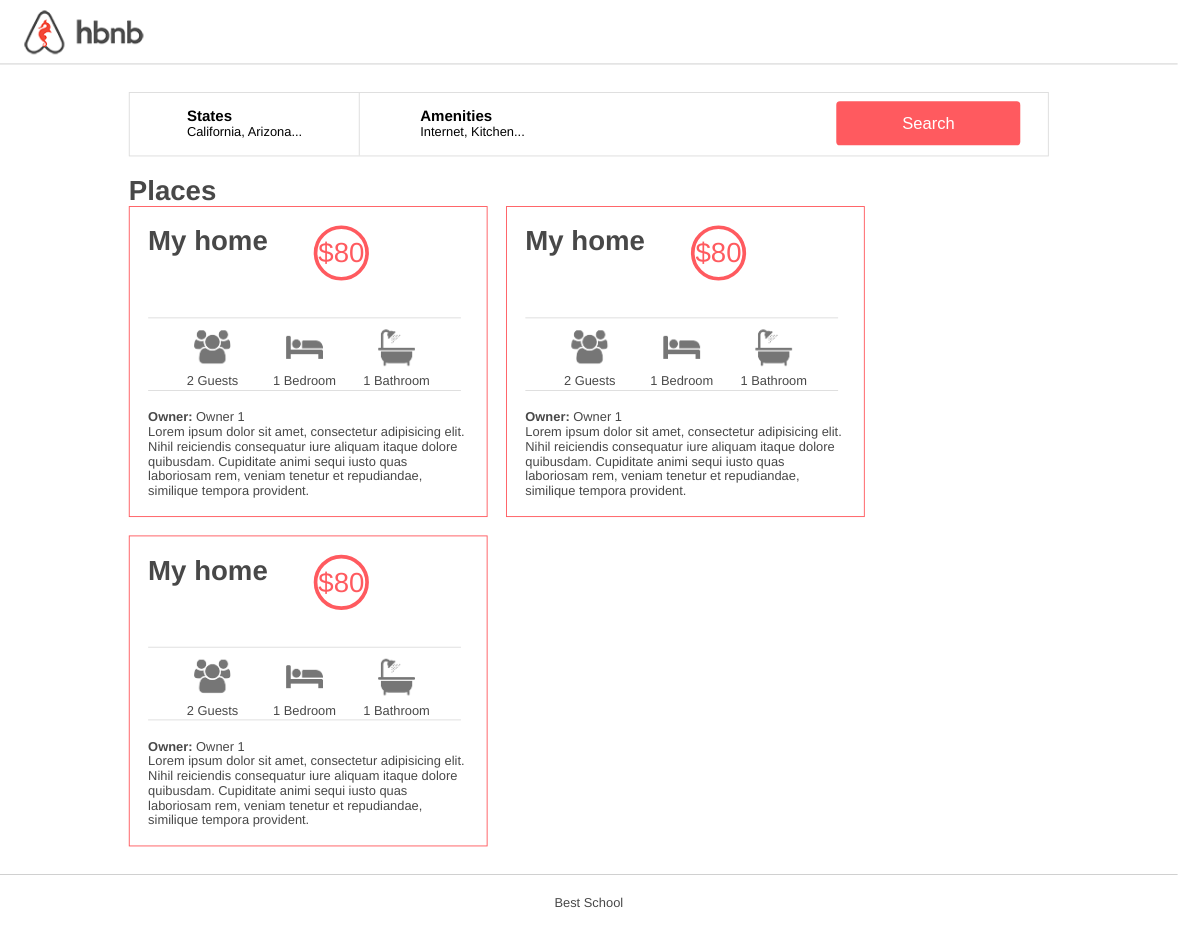
Repository: Eng-0marleves/AirBnB_clone
Page: web_static/8-index.html
An editor plug-in stored every save of this project. The page is shown before and after the next save, followed by the edit.
The browser window is 1280 px wide. The pictures show the whole page, at 92% of full size.

Above is the page before, as saved 2023-12-18 07:28:54.

After the next save:
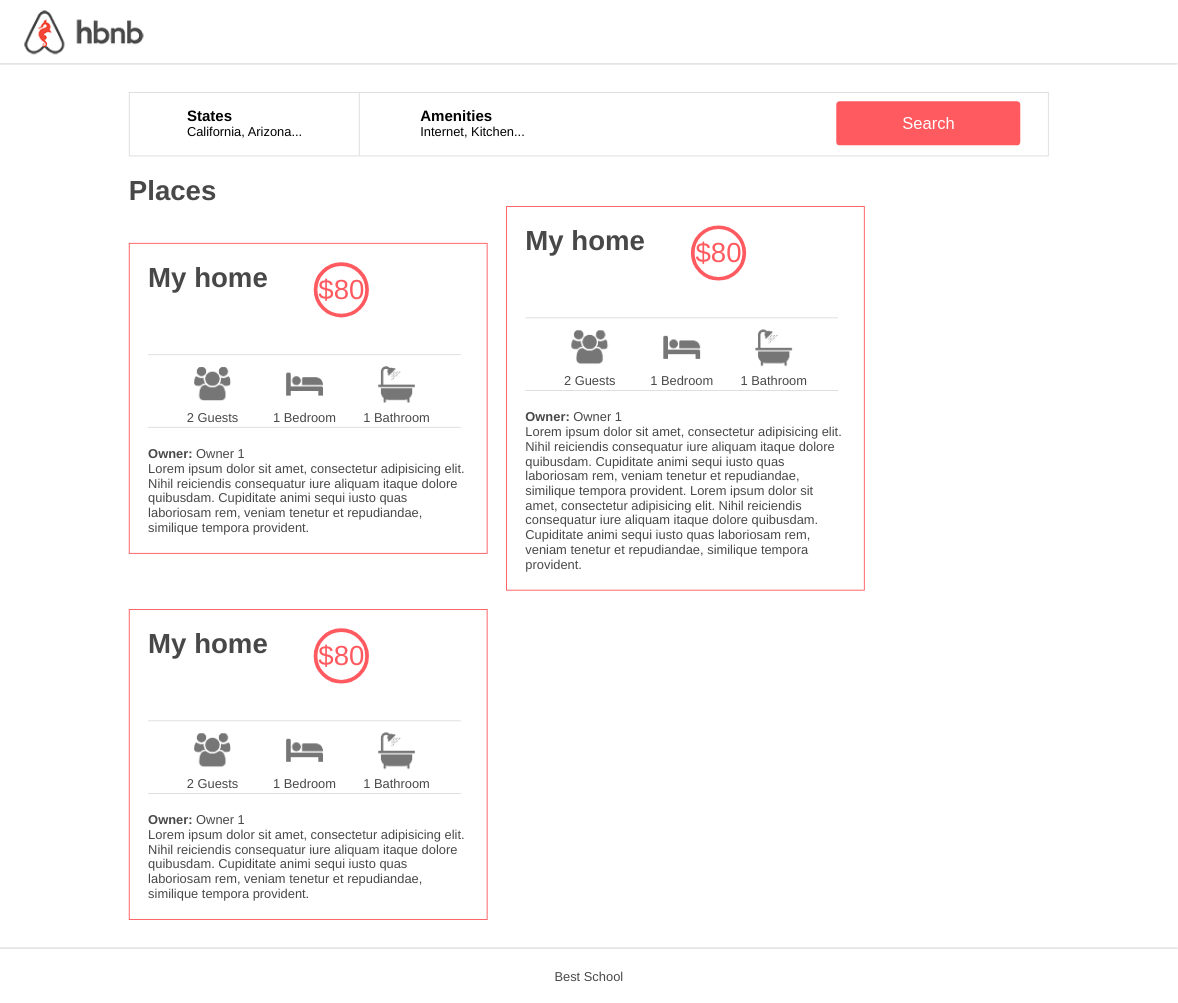
Saved 10 s later.
--- a/web_static/8-index.html
+++ b/web_static/8-index.html
@@ -118,6 +118,9 @@
 						Lorem ipsum dolor sit amet, consectetur adipisicing elit. Nihil reiciendis consequatur iure
 						aliquam itaque dolore quibusdam. Cupiditate animi sequi iusto quas laboriosam rem, veniam
 						tenetur et repudiandae, similique tempora provident.
+						Lorem ipsum dolor sit amet, consectetur adipisicing elit. Nihil reiciendis consequatur iure
+						aliquam itaque dolore quibusdam. Cupiditate animi sequi iusto quas laboriosam rem, veniam
+						tenetur et repudiandae, similique tempora provident.
 					</div>
 				</article>
 				<article>
